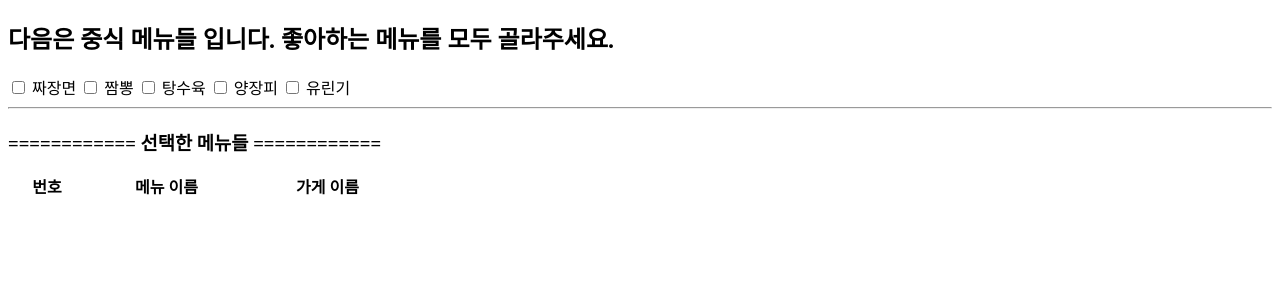
Repository: KangHoi/encore_vueWorkspace
Page: vue02_Methods/WebContent/vue08_v-model.html
An editor plug-in stored every save of this project. The page is shown before and after the next save, followed by the edit.
The browser window is 1280 px wide. The pictures show the whole page.

Above is the page before, as saved 2021-07-09 02:44:05.

After the next save:
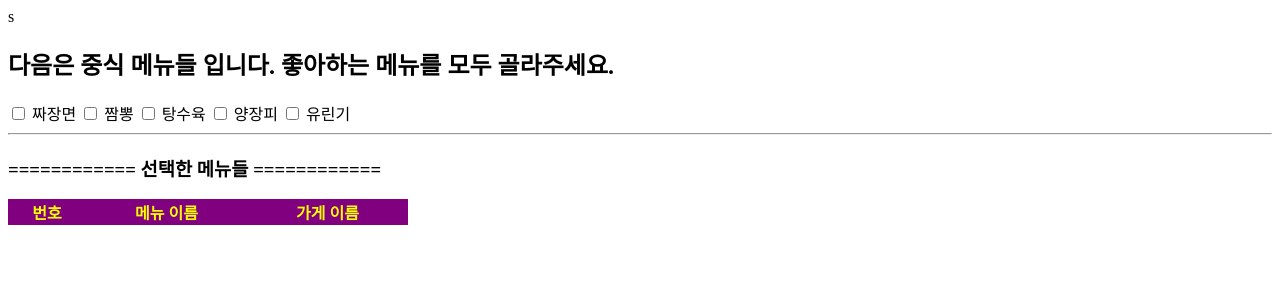
Saved 61 s later.
--- a/vue02_Methods/WebContent/vue08_v-model.html
+++ b/vue02_Methods/WebContent/vue08_v-model.html
@@ -7,7 +7,8 @@
 <style type="text/css">
 	#list{width:400px; border:1px; solid:  black; border-collapse:collapse;}
 	#list td, #list th{border: 1px; solid :black; text-align:center;}
-</style>
+	#list>thead>tr{color: yellow; background-color: purple;}
+</style>s
 <script src="https://cdn.jsdelivr.net/npm/vue/dist/vue.js"></script>
 
 </head>
